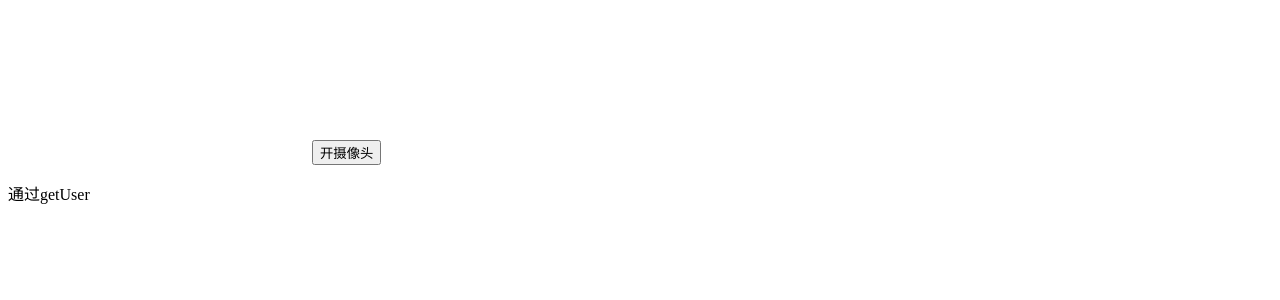
Repository: RrowR/WebRTC
Page: 4.1/video.html
The author's editor kept a copy of each file at every save. The page is drawn from the files as they stood at one save, then again after the next save.
The browser window is 1280 px wide. The pictures show the whole page.

Above is the page before, as saved 2024-05-25 20:20:06.

After the next save:
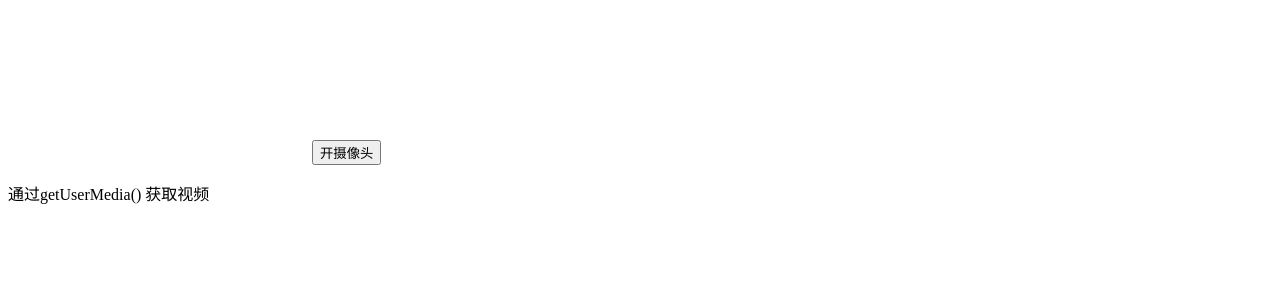
Saved 75 s later.
--- a/4.1/video.html
+++ b/4.1/video.html
@@ -8,6 +8,6 @@
 <body>
     <video id="local-video" autoplay playsinline></video>
     <button id="showVideo"> 开摄像头 </button>
-    <p> 通过getUser </p>
+    <p> 通过getUserMedia() 获取视频 </p>
 </body>
 </html>
